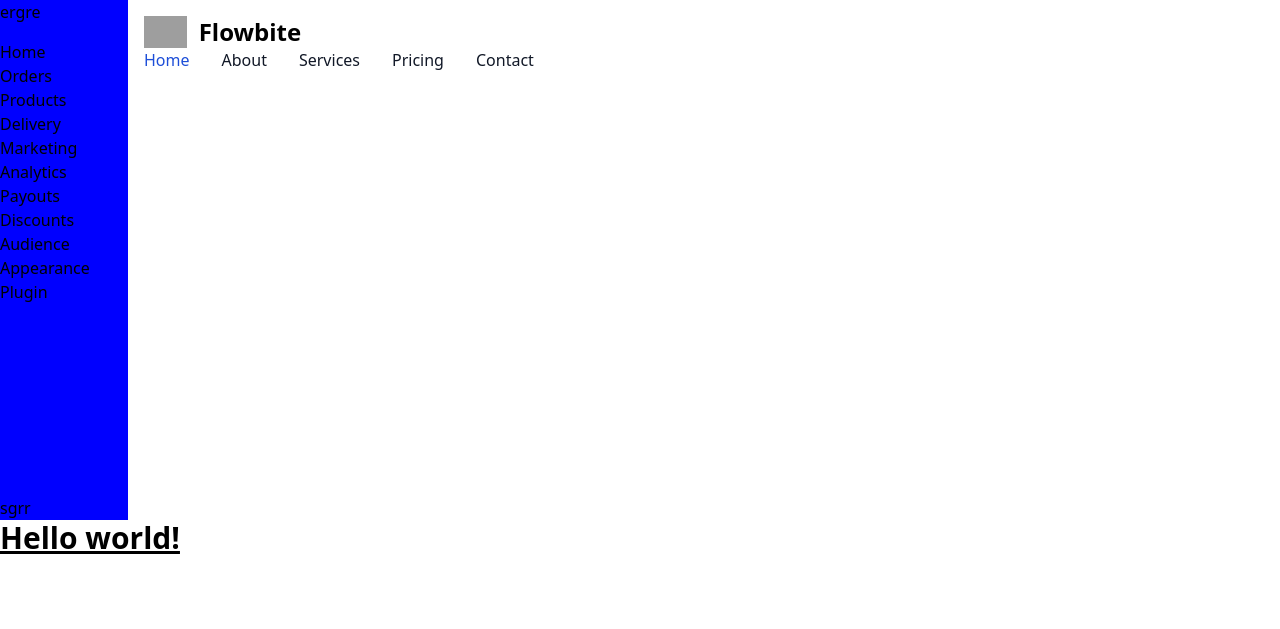
Repository: Yh010/dukaanDashboard
Page: /
These files come from the project's save history. The page is drawn as it stood at one moment and after the next save; the edit follows.
The browser window is 1280 px wide. The pictures show the whole page.
Pictures or frames that could not be fetched are drawn as grey boxes. The project was rebuilt for these pictures with package versions that can differ from the ones it lists, and the page was loaded fresh each time. Also part of the build but not shown: vite.config.js, src/App.css.

Above is the page before, as saved 2024-01-21 14:59:52.

After the next save:
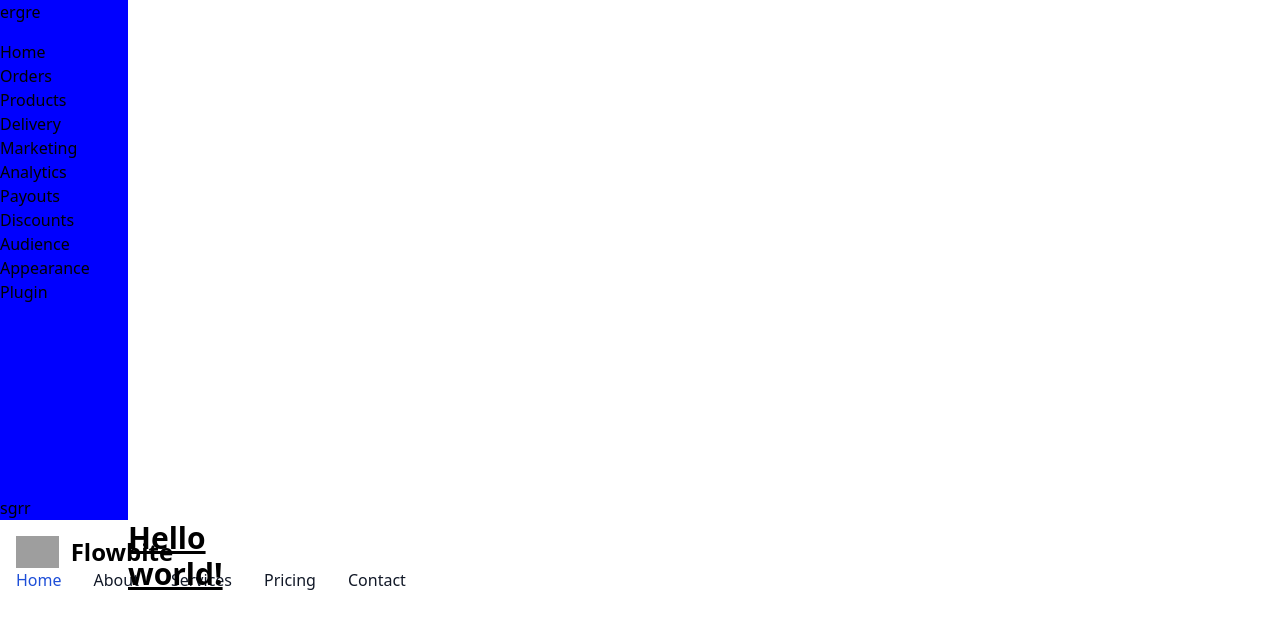
Saved 30 s later.
--- a/src/App.jsx
+++ b/src/App.jsx
@@ -14,8 +14,12 @@ function App() {
          <SideNavBar/>
       </div>
 
+
+      <div className='col-span-9'>
+
+      </div>
       <Navbar/>
-        <h1 className="text-3xl font-bold underline col-span-9">
+        <h1 className="text-3xl font-bold underline ">
             Hello world!
         </h1>
 
